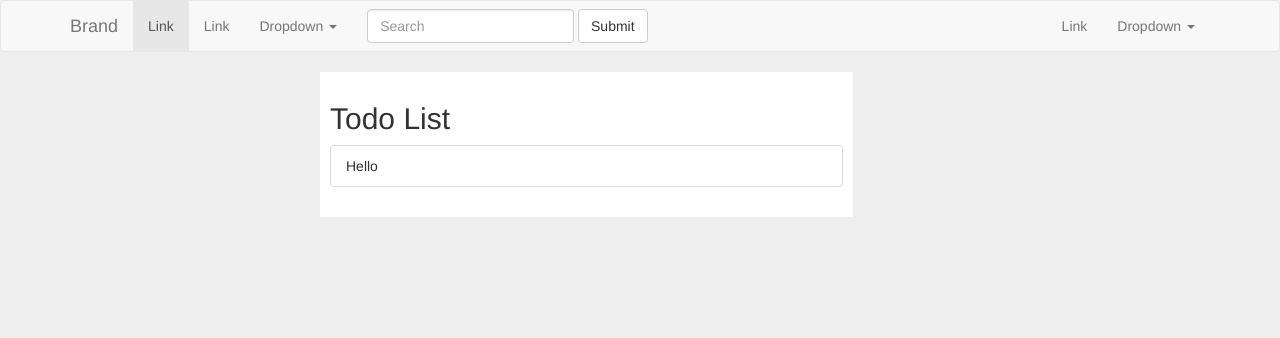
Repository: neoighodaro-articles/migrating-to-laravel
Page: http://localhost/pages/home.php
The author's editor kept a copy of each file at every save. The page is drawn from the files as they stood at one save, then again after the next save.
The browser window is 1280 px wide. The pictures show the whole page.
The page is run by PHP 8.4 with error messages shown; the project is at /var/www/html/.

Above is the page before, as saved 2018-06-12 20:00:54.

### vanilla/pages/home.php
<!DOCTYPE html>
<html lang="en">
<head>
  <meta charset="UTF-8">
  <meta name="viewport" content="width=device-width, initial-scale=1.0">
  <meta http-equiv="X-UA-Compatible" content="ie=edge">
  <title>Todo Home</title>
  <link rel="stylesheet" href="https://maxcdn.bootstrapcdn.com/bootstrap/3.3.7/css/bootstrap.min.css" integrity="sha384-BVYiiSIFeK1dGmJRAkycuHAHRg32OmUcww7on3RYdg4Va+PmSTsz/K68vbdEjh4u" crossorigin="anonymous">
  <style>
    body {
      background: #EEE;
    }
  </style>
</head>
<body>
<nav class="navbar navbar-default">
  <div class="container">
    <!-- Brand and toggle get grouped for better mobile display -->
    <div class="navbar-header">
      <button type="button" class="navbar-toggle collapsed" data-toggle="collapse" data-target="#bs-example-navbar-collapse-1" aria-expanded="false">
        <span class="sr-only">Toggle navigation</span>
        <span class="icon-bar"></span>
        <span class="icon-bar"></span>
        <span class="icon-bar"></span>
      </button>
      <a class="navbar-brand" href="#">Brand</a>
    </div>

    <!-- Collect the nav links, forms, and other content for toggling -->
    <div class="collapse navbar-collapse" id="bs-example-navbar-collapse-1">
      <ul class="nav navbar-nav">
        <li class="active"><a href="#">Link <span class="sr-only">(current)</span></a></li>
        <li><a href="#">Link</a></li>
        <li class="dropdown">
          <a href="#" class="dropdown-toggle" data-toggle="dropdown" role="button" aria-haspopup="true" aria-expanded="false">Dropdown <span class="caret"></span></a>
          <ul class="dropdown-menu">
            <li><a href="#">Action</a></li>
            <li><a href="#">Another action</a></li>
            <li><a href="#">Something else here</a></li>
            <li role="separator" class="divider"></li>
            <li><a href="#">Separated link</a></li>
            <li role="separator" class="divider"></li>
            <li><a href="#">One more separated link</a></li>
          </ul>
        </li>
      </ul>
      <form class="navbar-form navbar-left">
        <div class="form-group">
          <input type="text" class="form-control" placeholder="Search">
        </div>
        <button type="submit" class="btn btn-default">Submit</button>
      </form>
      <ul class="nav navbar-nav navbar-right">
        <li><a href="#">Link</a></li>
        <li class="dropdown">
          <a href="#" class="dropdown-toggle" data-toggle="dropdown" role="button" aria-haspopup="true" aria-expanded="false">Dropdown <span class="caret"></span></a>
          <ul class="dropdown-menu">
            <li><a href="#">Action</a></li>
            <li><a href="#">Another action</a></li>
            <li><a href="#">Something else here</a></li>
            <li role="separator" class="divider"></li>
            <li><a href="#">Separated link</a></li>
          </ul>
        </li>
      </ul>
    </div><!-- /.navbar-collapse -->
  </div><!-- /.container-fluid -->

</nav>

  <div class="col-md-5 col-md-offset-3" style="background: #FFF;padding: 10px">
    <h2>Todo List</h2>
    <ul class="list-group">
      <li class="list-group-item">
        Hello
      </li>
    </ul>
  </div>
</body>
</html>

After the next save:
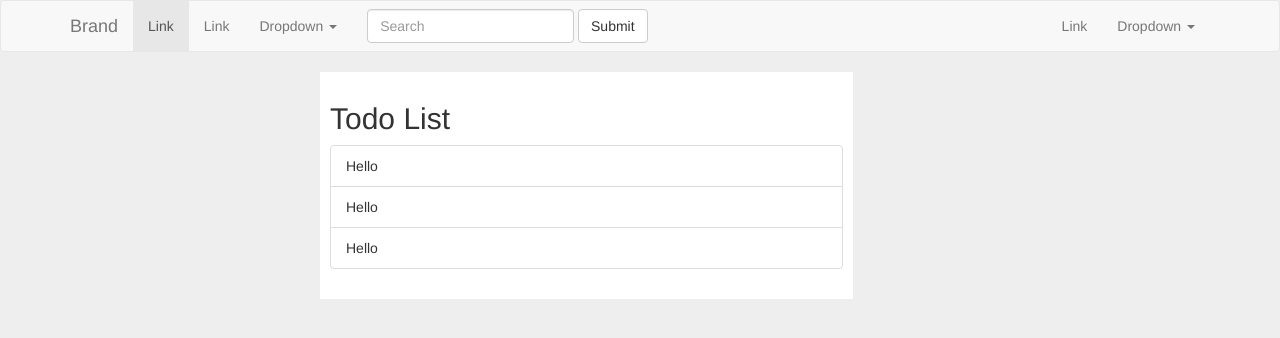
Saved 86 s later.
--- a/vanilla/pages/home.php
+++ b/vanilla/pages/home.php
@@ -74,6 +74,12 @@
       <li class="list-group-item">
         Hello
       </li>
+      <li class="list-group-item">
+        Hello
+      </li>
+      <li class="list-group-item">
+        Hello
+      </li>
     </ul>
   </div>
 </body>
